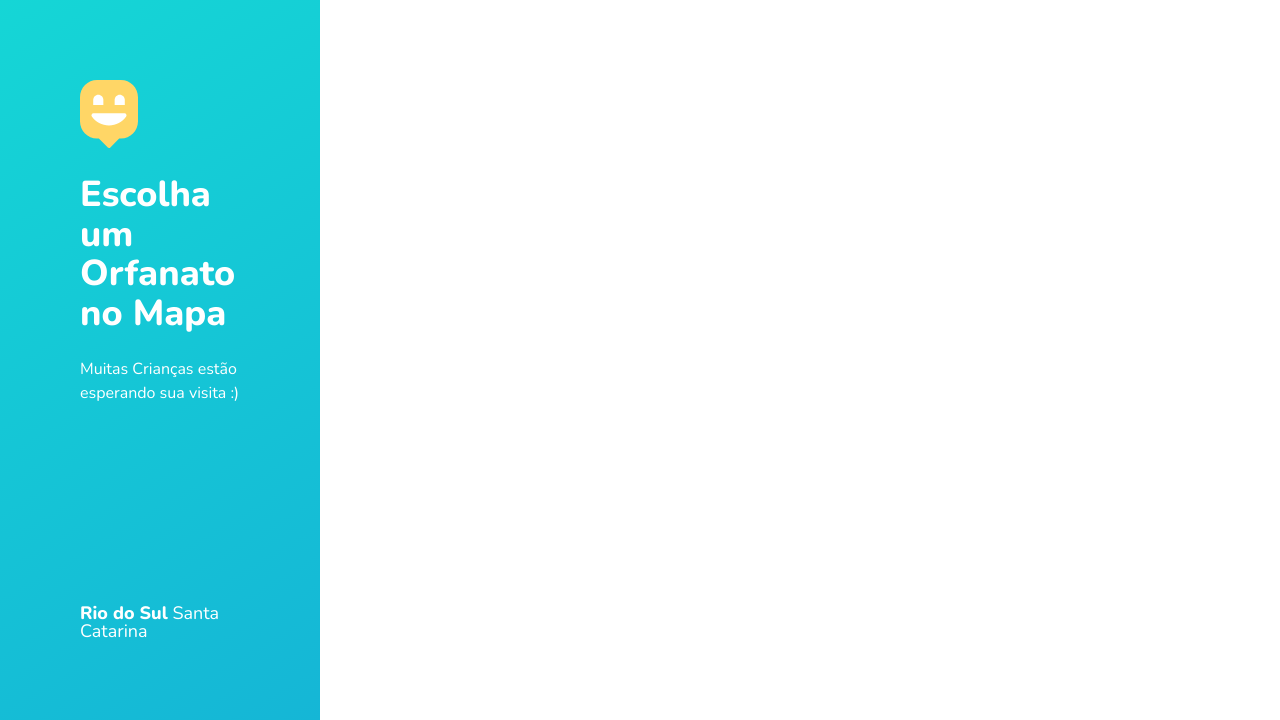
Repository: TeoNogueira/nlw3-rocketseatproject
Page: orphanages.html
These files come from the project's save history. The page is drawn as it stood at one moment and after the next save; the edit follows.
The browser window is 1280 px wide. The pictures show the whole page.

Above is the page before, as saved 2020-10-13 17:08:50.

After the next save:
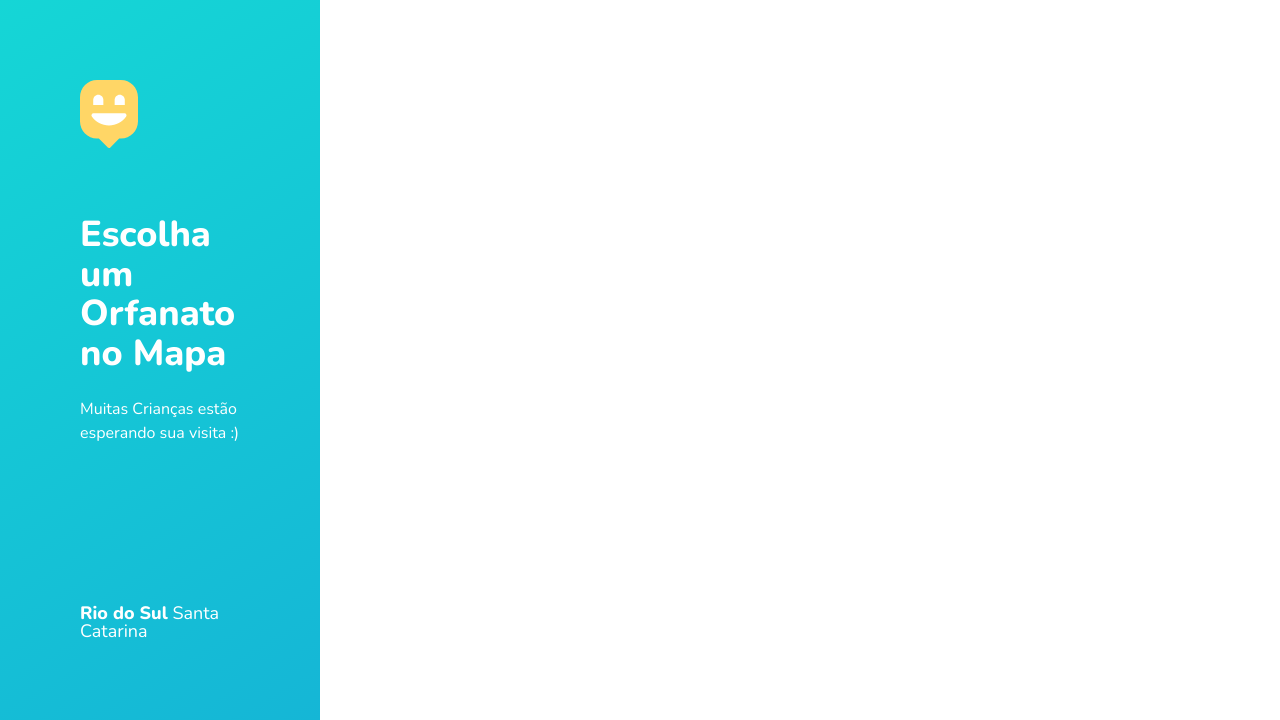
Saved 24 s later.
--- a/public/css/page-orphanages.css
+++ b/public/css/page-orphanages.css
@@ -21,7 +21,7 @@
 
 }
 
-aside h2 { margin-top: 2.4rem;
+aside h2 { margin-top: 6.4rem;
     font: 800 3.6rem/1.1 'Nunito', sans-serif;
 
 
